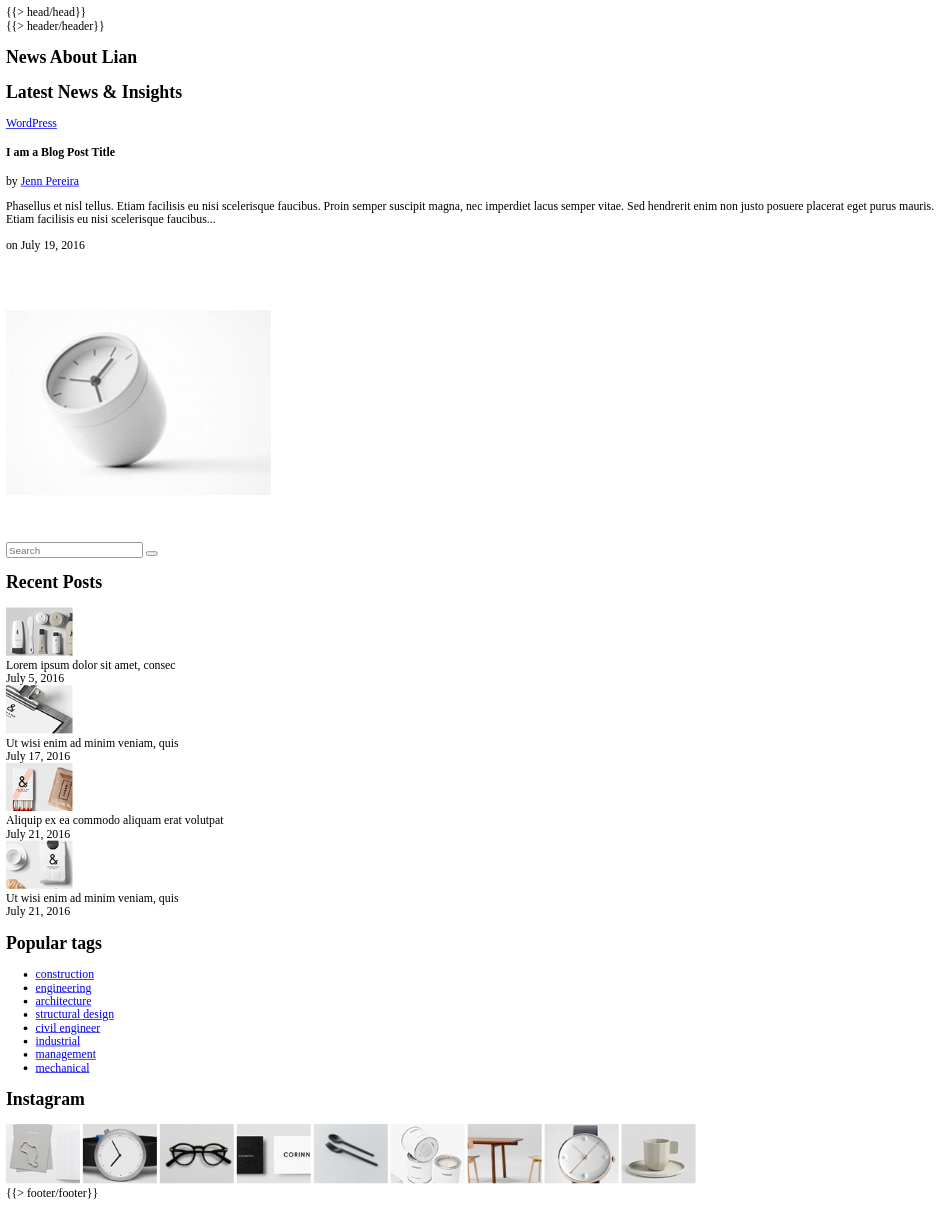
Repository: nataliiasaltan/Lian
Page: src/blog.html
The author's editor kept a copy of each file at every save. The page is drawn from the files as they stood at one save, then again after the next save.
The browser window is 1280 px wide. The pictures show the whole page, at 74% of full size.

Above is the page before, as saved 2020-05-23 19:02:07.

After the next save:
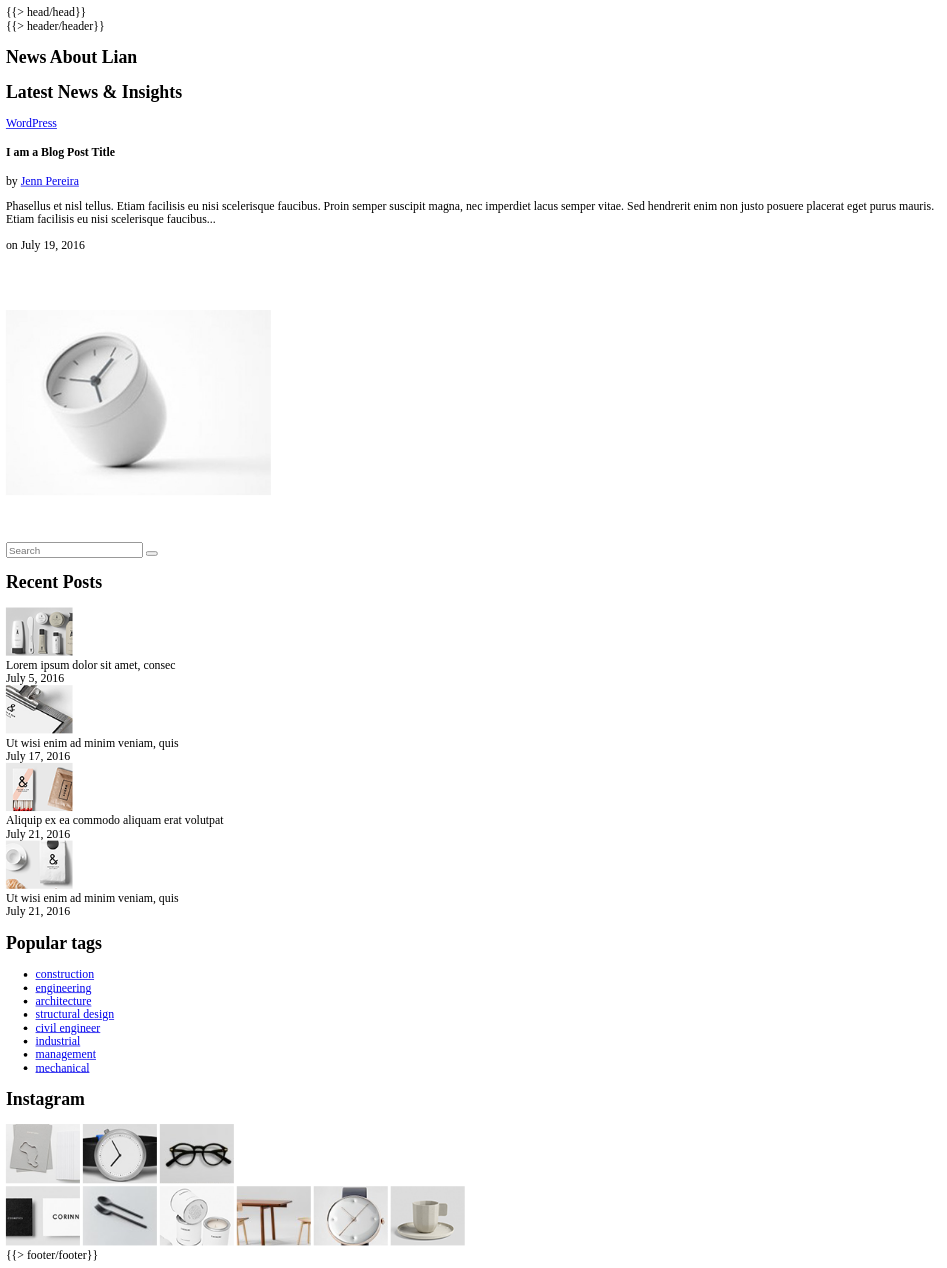
Saved 12 s later.
--- a/src/blog.html
+++ b/src/blog.html
@@ -222,13 +222,15 @@
                             <h2 class="aside__head">Instagram</h2>
                             <div class="aside__instagram">
                                 <div class="aside__content">
+                                    <img src="images/asideInstagram1.png" alt="" class="instagram__img">
+                                    <img src="images/asideInstagram2.png" alt="" class="instagram__img">
+                                    <img src="images/asideInstagram3.png" alt="" class="instagram__img">
+                                </div>
+                                <div class="aside__content">
 
                                 </div>
                                 <div class="aside__content"></div>
-                                <div class="aside__content"></div>
-                                <img src="images/asideInstagram1.png" alt="" class="instagram__img">
-                                <img src="images/asideInstagram2.png" alt="" class="instagram__img">
-                                <img src="images/asideInstagram3.png" alt="" class="instagram__img">
+
                                 <img src="images/asideInstagram4.png" alt="" class="instagram__img">
                                 <img src="images/asideInstagram5.png" alt="" class="instagram__img">
                                 <img src="images/asideInstagram6.png" alt="" class="instagram__img">
